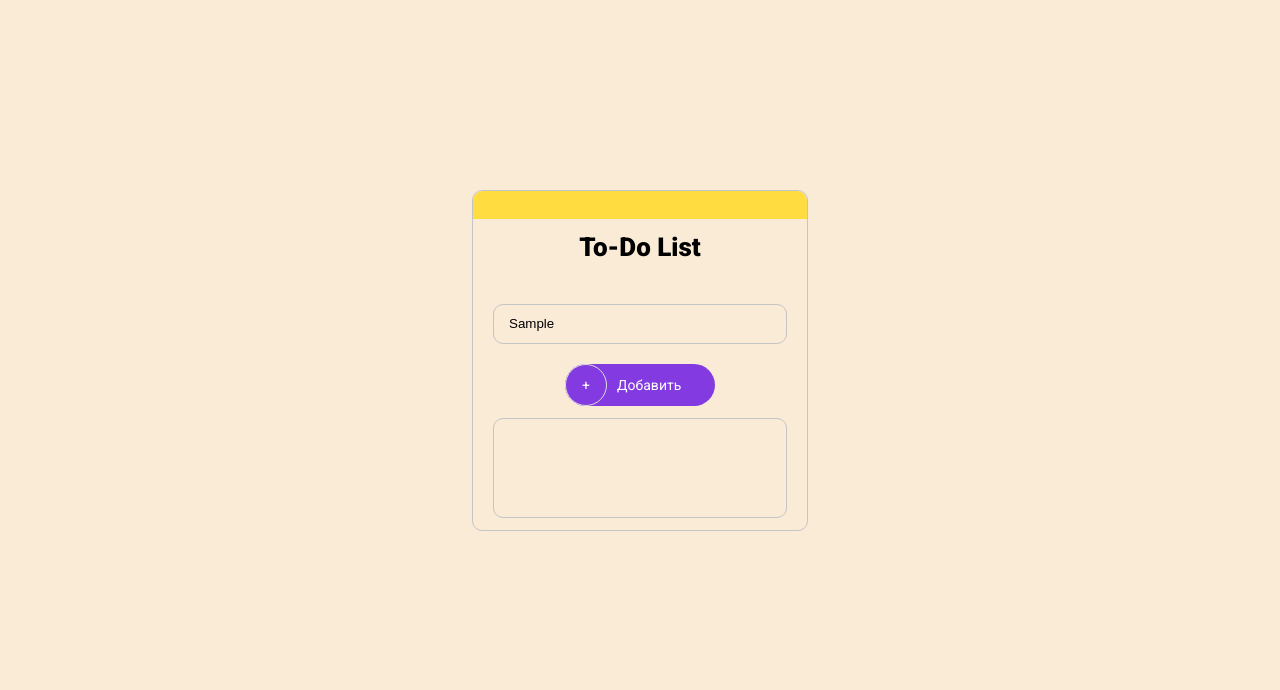
Repository: NatiqSamiyev/To-do-List-js
Page: insex.html
The author's editor kept a copy of each file at every save. The page is drawn from the files as they stood at one save, then again after the next save.
The browser window is 1280 px wide. The pictures show the whole page.
Empty fields were first filled with sample values (such as "Sample", 5 or name@example.com).
After loading, the first visible `button` was clicked once.
Some web fonts or font styles are not loaded; a fallback is used.

Above is the page before, as saved 2023-10-31 12:04:30.
Console error: ReferenceError: textInput is not defined

### insex.html
<!DOCTYPE html>
<html lang="en">
  <head>
    <meta charset="UTF-8" />
    <meta name="viewport" content="width=device-width, initial-scale=1.0" />
    <title>Document</title>
    <link rel="stylesheet" href="index.css" />
  </head>
  <body>
    <div class="list-container">
      <div class="card">
        <div class="color">
          <div class="yellow-box"></div>
          <h1>To-do list</h1>
        </div>
        <main>
            <form action="">
                <label for="">
                  <input type="text" class="text-input" required />
                </label>
                <button>
                  <div class="circle">+</div>
                  <p>Добавить</p>
                </button>
              </form>
              <ul></ul>
        </main>

      </div>
    </div>
  </body>
  <script src="./index.js"></script>
</html>

### index.css
@import url("https://fonts.googleapis.com/css2?family=Epilogue:wght@400;600;700;800&family=Inter:wght@400;500;600;700&family=Laila:wght@700&family=Open+Sans:wght@400;600;700;800&family=Roboto+Slab:wght@700&family=Roboto:wght@400;700;900&display=swap");

* {
  margin: 0;
  padding: 0;
  box-sizing: border-box;
}

.list-container {
  width: 100%;
  min-height: 100vh;
  display: flex;
  justify-content: center;
  align-items: center;
  background-color: antiquewhite;
}

.card {
  width: 336px;
  /* height: 236px; */

  border-radius: 10px;
  border: 1px solid #c4c4c4;
  background: rgba(196, 196, 196, 0);
}
main {
  padding: 0 20px;
}
.yellow-box {
  height: 28px;
  width: 100%;
  background-color: #ffdc40;
  border-top-right-radius: 10px;
  border-top-left-radius: 10px;
}
form .color img {
  width: 100%;
  height: 28px;
}

.color h1 {
  margin-top: 13px;
  color: #000;
  text-align: center;
  font-family: Roboto;
  font-size: 26px;
  font-style: normal;
  font-weight: 900;
  line-height: normal;
  text-transform: capitalize;
}

input {
  margin-top: 42px;
  padding: 10px 15px;
  width: 100%;
  height: 40px;
  border-radius: 10px;
  border: 1px solid #c4c4c4;
  background: rgba(196, 196, 196, 0);
  cursor: pointer;
}

ul {
  margin-bottom: 12px;
  margin-top: 12px;
  padding: 12px 30px 12px 27px;
  width: 100%;
  height: 100px;
  border-radius: 10px;
  border: 1px solid #c4c4c4;
  background: rgba(196, 196, 196, 0);
}

ul li {
  margin-top: 24px;
  list-style-type: none;
  display: flex;
  justify-content: space-between;
}

ul li h3 {
  color: #000;
  font-family: Roboto;
  font-size: 14px;
  font-style: normal;
  font-weight: 400;
  line-height: normal;
}

ul li img {
  width: 20px;
  height: 20px;
}

button {
  width: 150px;
  height: 42px;
  margin: auto;
  margin-top: 20px;
  display: flex;
  align-items: center;
  background-color: #833ae0;
  border-radius: 25px;
  border: none;

  color: #fff;
  text-align: center;
  font-family: Roboto;
  font-size: 14px;
  font-style: normal;
  font-weight: 400;
  line-height: normal;
}
button .circle {
  margin-right: 10px;
  border-radius: 50%;
  width: 42px;
  height: 42px;
  border: 0.5px solid gainsboro;
  display: flex;
  justify-content: center;
  align-items: center;
}

### index.js
let form=document.querySelector('form')
let btn=document.querySelector('button')
let ul=document.querySelector('ul')
let input=document.querySelector('.text-input')


btn.addEventListener('click', sumbitForm)
function sumbitForm(e) {
    e.preventDefault()
    console.log('kjh');
    ul.innerHTML +=`
    <li>
     <h3>Почистить зубы</h3>
     <img src="./image/Group 56.svg" alt="">
     <p>${textInput.value}</p>
    </li>

    <li>
     <h3>Купить зубную пасту</h3>
     <img src="./image/Group 56.svg" alt="">
    </li>

    <li>
     <h3>Умыться</h3>
     <img src="./image/Group 56.svg" alt="">
    </li>

    <li>
     <h3>Выпить кофе</h3>
     <img src="./image/Group 56.svg" alt="">
    </li>

    <li>
     <h3>Принять душ</h3>
     <img src="./image/Group 56.svg" alt="">
    </li>
`;
// form.reset();

}

After the next save:
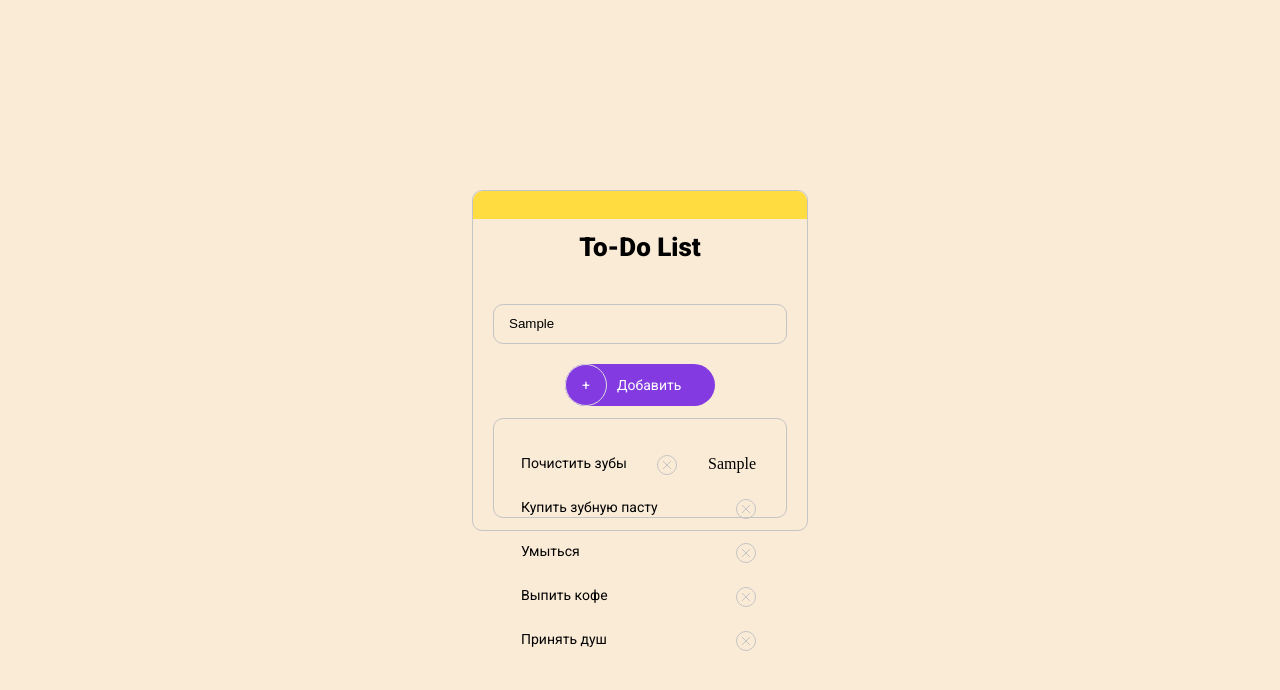
The error is gone.
Saved 37 s later.
--- a/index.js
+++ b/index.js
@@ -12,7 +12,7 @@ function sumbitForm(e) {
     <li>
      <h3>Почистить зубы</h3>
      <img src="./image/Group 56.svg" alt="">
-     <p>${textInput.value}</p>
+     <p>${input.value}</p>
     </li>
 
     <li>
